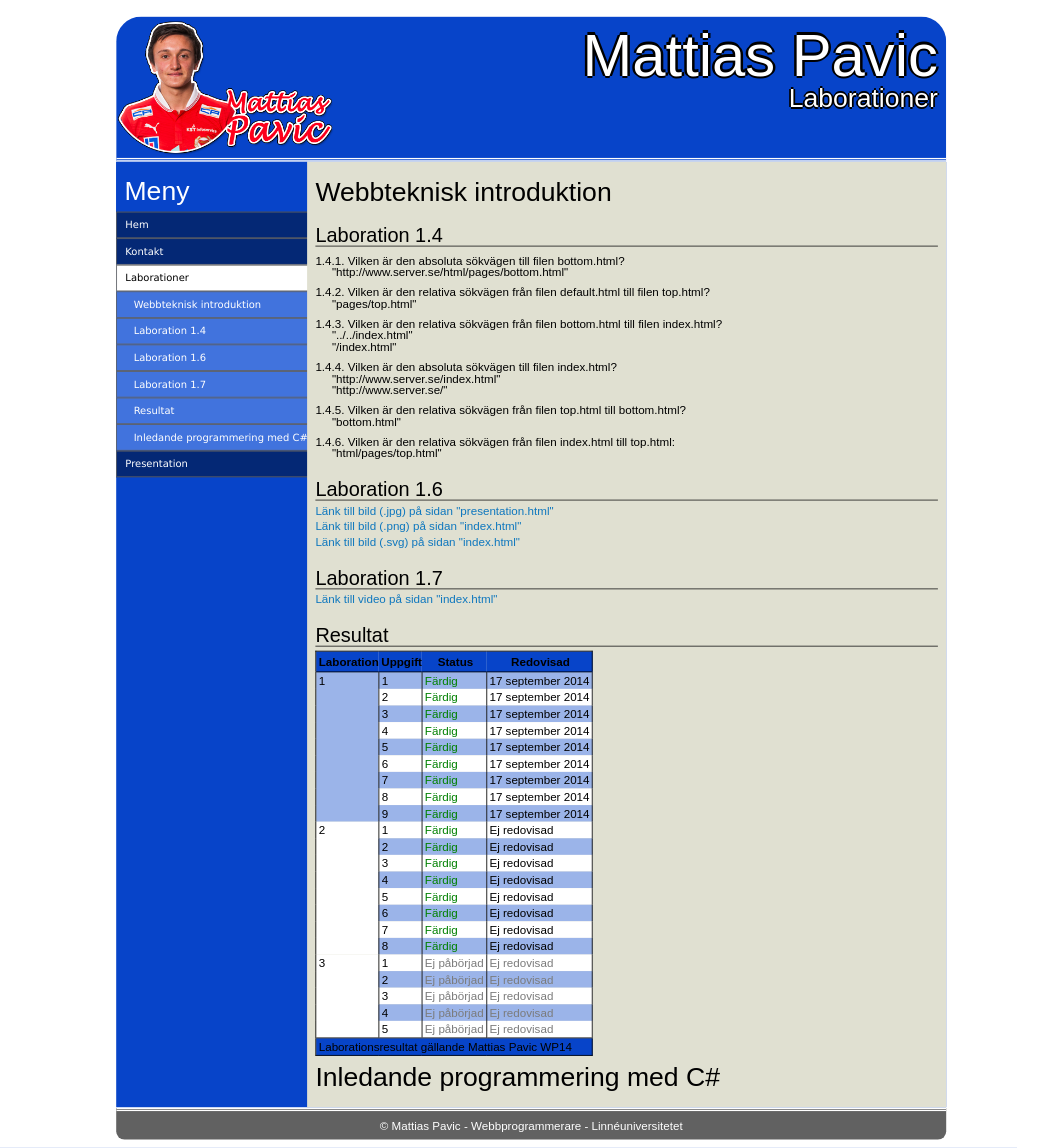
Repository: mp222sf/1ik415-laborationer
Page: pages/laborationer.html
The author's editor kept a record of every edit. The page is drawn from the files as they stood at one moment, then again after the next edit.
The browser window is 1280 px wide. The pictures show the whole page, at 83% of full size.

Above is the page before.

### pages/laborationer.html
<!doctype html>
<html lang="sv">
    <head>
        <meta charset="utf-8" />
        <title>Mattias Pavic</title>
        <link rel="stylesheet" href="../css/style.css" />
    </head>
    <body>
        <div id="cointainer">
            <div id="header">
                <h1>Mattias Pavic</h1>
                <h3>Laborationer</h3>
            </div>
            <div id="navigation_content">
            <div id="navigation">
                <h3>Meny</h3>
                <ul id="meny">
                <li><a href="../index.html">Hem</a></li>
                 <li><a href="kontakt.html">Kontakt</a></li>
                 <li><a id="current" href="laborationer.html">Laborationer</a></li>
                    <ul id="meny_lista">
                    <li><a href="#webbteknisk_introduktion">Webbteknisk introduktion</a></li>
                    <li><a href="#laboration_1.4">Laboration 1.4</a></li>
                    <li><a href="#laboration_1.6">Laboration 1.6</a></li>
                    <li><a href="#laboration_1.7">Laboration 1.7</a></li>
                    <li><a href="#resultat">Resultat</a></li>
                    <li><a href="#inledande_programmering_med_csharp">Inledande programmering med C#</a></li>
                    </ul>
                 <li><a href="presentation.html">Presentation</a></li>
                </ul>

            </div>
            <div id="content">

                <!--Här skriver vi infomationen om mina intressen.-->
                <h3 id="webbteknisk_introduktion">Webbteknisk introduktion</h3>

                <h4 id="laboration_1.4">Laboration 1.4</h4>

                <dl>
                    <dt>1.4.1. Vilken är den absoluta sökvägen till filen bottom.html? </dt>
                        <dd>"http://www.server.se/html/pages/bottom.html"</dd>
                    <dt>1.4.2. Vilken är den relativa sökvägen från filen default.html till filen top.html? </dt>
                        <dd>"pages/top.html" </dd>
                    <dt>1.4.3. Vilken är den relativa sökvägen från filen bottom.html till filen index.html? </dt>
                        <dd>"../../index.html"</dd>
                        <dd>"/index.html"</dd>
                    <dt>1.4.4. Vilken är den absoluta sökvägen till filen index.html? </dt>
                        <dd>"http://www.server.se/index.html"</dd>
                        <dd>"http://www.server.se/"</dd>
                    <dt>1.4.5. Vilken är den relativa sökvägen från filen top.html till bottom.html?</dt>
                        <dd>"bottom.html"</dd>
                    <dt>1.4.6. Vilken är den relativa sökvägen från filen index.html till top.html:</dt>
                        <dd>"html/pages/top.html"</dd>
                </dl>

                <h4 id="laboration_1.6">Laboration 1.6</h4>

                <p><a href="presentation.html#jag_presentation">Länk till bild (.jpg) på sidan "presentation.html"</a></p>
                <p><a href="../index.html#jag_logotype">Länk till bild (.png) på sidan "index.html"</a></p>
                <p><a href="../index.html#jag_svg">Länk till bild (.svg) på sidan "index.html"</a></p>


                <h4 id="laboration_1.7">Laboration 1.7</h4>

                <p><a href="../index.html#big_buck_bunny">Länk till video på sidan "index.html"</a></p>

                <h4 id="resultat">Resultat</h4>

                <table id="resultat_tabell">
                <thead>
                    <tr>
                        <th>Laboration</th>
                        <th>Uppgift</th>
                        <th>Status</th>
                        <th>Redovisad</th>
                    </tr>
                </thead>
                <tfoot>
                    <tr>
                        <td colspan="4">Laborationsresultat gällande Mattias Pavic WP14</td>
                    </tr>
                </tfoot>
                <tbody>
                    <tr>
                        <td rowspan="9">1</td>
                        <td>1</td>
                        <td><klar>Färdig</klar></td>
                        <td>17 september 2014</td>
                    </tr>
                    <tr>
                        <td>2</td>
                        <td><klar>Färdig</klar></td>
                        <td>17 september 2014</td>
                    </tr>
                    <tr>
                        <td>3</td>
                        <td><klar>Färdig</klar></td>
                        <td>17 september 2014</td>
                    </tr>
                    <tr>
                        <td>4</td>
                        <td><klar>Färdig</klar></td>
                        <td>17 september 2014</td>
                    </tr>
                    <tr>
                        <td>5</td>
                        <td><klar>Färdig</klar></td>
                        <td>17 september 2014</td>
                    </tr>
                    <tr>
                        <td>6</td>
                        <td><klar>Färdig</klar></td>
                        <td>17 september 2014</td>
                    </tr>
                    <tr>
                        <td>7</td>
                        <td><klar>Färdig</klar></td>
                        <td>17 september 2014</td>
                    </tr>
                    <tr>
                        <td>8</td>
                        <td><klar>Färdig</klar></td>
                        <td>17 september 2014</td>
                    </tr>
                    <tr>
                        <td>9</td>
                        <td><klar>Färdig</klar></td>
                        <td>17 september 2014</td>
                    </tr>

                    <tr>
                        <td rowspan="8">2</td>
                        <td>1</td>
                        <td><klar>Färdig</klar></td>
                        <td>Ej redovisad</td>
                    </tr>
                    <tr>
                        <td>2</td>
                        <td><klar>Färdig</klar></td>
                        <td>Ej redovisad</td>
                    </tr>
                    <tr>
                        <td>3</td>
                        <td><klar>Färdig</klar></td>
                        <td>Ej redovisad</td>
                    </tr>
                    <tr>
                        <td>4</td>
                        <td><klar>Färdig</klar></td>
                        <td>Ej redovisad</td>
                    </tr>
                    <tr>
                        <td>5</td>
                        <td><klar>Färdig</klar></td>
                        <td>Ej redovisad</td>
                    </tr>
                    <tr>
                        <td>6</td>
                        <td><klar>Färdig</klar></td>
                        <td>Ej redovisad</td>
                    </tr>
                    <tr>
                        <td>7</td>
                        <td><klar>Färdig</klar></td>
                        <td>Ej redovisad</td>
                    </tr>
                    <tr>
                        <td>8</td>
                        <td><klar>Färdig</klar></td>
                        <td>Ej redovisad</td>
                    </tr>


                    <tr>
                        <td rowspan="5">3</td>
                        <td>1</td>
                        <td><ejklar>Ej påbörjad</ejklar></td>
                        <td><ejklar>Ej redovisad</ejklar></td>
                    </tr>
                    <tr>
                        <td>2</td>
                        <td><ejklar>Ej påbörjad</ejklar></td>
                        <td><ejklar>Ej redovisad</ejklar></td>
                    </tr>
                    <tr>
                        <td>3</td>
                        <td><ejklar>Ej påbörjad</ejklar></td>
                        <td><ejklar>Ej redovisad</ejklar></td>
                    </tr>
                    <tr>
                        <td>4</td>
                        <td><ejklar>Ej påbörjad</ejklar></td>
                        <td><ejklar>Ej redovisad</ejklar></td>
                    </tr>
                    <tr>
                        <td>5</td>
                        <td><ejklar>Ej påbörjad</ejklar></td>
                        <td><ejklar>Ej redovisad</ejklar></td>
                    </tr>


                </tbody>
                </table>

                <h3 id="inledande_programmering_med_csharp">Inledande programmering med C#</h3>
                </div>
                </div>
            <div id="footer">
            © Mattias Pavic - Webbprogrammerare - Linnéuniversitetet
            </div>

        </div>

    </body>
</html>

### css/style.css
/* http://meyerweb.com/eric/tools/css/reset/
   v2.0 | 20110126
   License: none (public domain)
*/

html, body, div, span, applet, object, iframe,
h1, h2, h3, h4, h5, h6, p, blockquote, pre,
a, abbr, acronym, address, big, cite, code,
del, dfn, em, img, ins, kbd, q, s, samp,
small, strike, strong, sub, sup, tt, var,
b, u, i, center,
dl, dt, dd, ol, ul, li,
fieldset, form, label, legend,
table, caption, tbody, tfoot, thead, tr, th, td,
article, aside, canvas, details, embed,
figure, figcaption, footer, header, hgroup,
menu, nav, output, ruby, section, summary,
time, mark, audio, video {
	margin: 0;
	padding: 0;
	border: 0;
	font-size: 100%;
	font: inherit;
	vertical-align: baseline;
}
/* HTML5 display-role reset for older browsers */
article, aside, details, figcaption, figure,
footer, header, hgroup, menu, nav, section {
	display: block;
}
body {
	line-height: 1;
}
ol, ul {
	list-style: none;
}
blockquote, q {
	quotes: none;
}
blockquote:before, blockquote:after,
q:before, q:after {
	content: '';
	content: none;
}
table {
	border-collapse: collapse;
	border-spacing: 0;
}


a:link {
    color:#0E77BE;
    text-decoration: none;
}
a:visited {
    color:#0E77BE;
    text-decoration: none;

}

a:hover {
    color:#0744C9;
    text-decoration: underline;
}
a:focus {
    color:#0744C9;
    text-decoration: underline;
}
a:active {
    color:#0744C9;
    text-decoration: underline;
}



/*
        COINTAINER
                        */
#cointainer {
    background-color:white;
    color:black;
    width:1000px;
    margin: 0 auto;
    text-align:left;
    font-size: 14px;
    font-family: "Arial", "Lucida Grande", "Lucida Sans Unicode", Helvetica, sans-serif;

}





/*
        HEADER
                        */
#header {
    background-color:#0744C9;
    background-image: url('../pics/jag_logotype.png');
    background-size: contain;
    background-repeat: no-repeat;
    color:white;
    text-align:left;
    height:150px;
    padding:10px;
    margin: 20px 0px 0px 0px;
    border-radius: 30px 30px 0px 0px;

    border-bottom: 5px double white;

}
#header h1 {
   font-size:72px;
   text-align: right;
   text-shadow: -3px 0 black, 0 3px black, 3px 0 black, 0 -3px black;
}
#header h3 {
   font-size:32px;
   text-align: right;
   text-shadow: -2px 0 black, 0 2px black, 2px 0 black, 0 -2px black;
}

#navigation_content {

    background-color:#0744C9;
    width:1000px;
    height:100%;
    float:left;



}
/*
        NAVIGATION
                        */
#navigation           {
    line-height:30px;
    background-color:#0744C9;
    width:230px;
    height:100%;
    float:left;
    padding:0px;
    color:white;
}
#navigation h3 {
   font-size:32px;
   margin-bottom:10px;
   margin-top:20px;
   margin-left:10px;

}
#navigation ul {
    list-style-type: square;
    margin-left:0px;
    font-size:12px;
}


#navigation li {
list-style: none;
margin: 0px 0 0px 0;
}
#navigation li a {
display: block;
width: 230px;
margin: 0;
padding: 0px 0px 0px 10px;
text-align: left;
font-family: "Lucida Grande", "Lucida Sans Unicode", Helvetica, Arial, sans-serif;
font-size: 12px;
color:#042875;
border-radius: 0px;
border: 1px solid #616161;
background: #042875;

}
#meny_lista li a {
display: block;
width: 230px;
margin: 0;
padding: 0px 0px 0px 20px;
text-align: left;
font-family: "Lucida Grande", "Lucida Sans Unicode", Helvetica, Arial, sans-serif;
font-size: 12px;
color:#4173DD;
border-radius: 0px;
border: 1px solid #616161;
background: #4173DD;

}

#navigation a:active {
background: white;
color:black;
}
#navigation a:focus {
background:#0744C9;
color: white;
}
#navigation li a:hover {
cursor: pointer;
background:#0744C9;
color: white;
}
#navigation a:link, #navigation a:visited {
color: white;
text-decoration: none;
}


#navigation a#current {
background: white;
color:black;
}





/*
        CONTENT
                        */
#content {
    width:750px;
    height:100%;
    background-color:#E0E0D1;
    float:left;
    padding:10px;

}
#content p {

   margin-bottom:5px;
   margin-top:0px;
}
#content strong {
   margin-top: 20px;
   font-size:18px;



}
#content dt {
   margin-top: 10px;




}
#content dd {
    margin-left: 20px;
}
#content ul.little_list {
    list-style-type: square;
    margin-left: 30px;
}
#content li {
   margin-top: 10px;
}
#content li li {
   margin-top: 0px;



}
#content h3 {
   font-size:32px;
   margin-bottom:10px;
   margin-top:10px;
}
#content h4 {
   font-size:24px;
   margin-bottom:5px;
   margin-top:25px;
   border-bottom: 1px solid #1E1E1E;
}
#content h4.blogg {
   background-image: url('https://1ik415-laborationer-c9-mp222sf.c9.io/pics/jag_logotype.png');
   background-size: contain;
   background-repeat: no-repeat;
   font-size:24px;
   margin-bottom:5px;
   margin-top:25px;
   padding-left:45px;
}
#content p.bloggnamn {
font-style: italic;
text-align: right;
}

#content fieldset {
    border:1px solid #616161;
    padding: 5px;
    background-color: #B9CBF0;
    margin-bottom: 10px;
    color: white;
    font-family: "Arial";


}

#content legend {
    padding: 3px;
    margin-left: 5px;
    margin-right: 5px;
  color:white;
  font-size:90%;
  text-align:left;
  background-color: #042875;
}
#content textarea {
    font-family: "Arial";
}


#resultat_tabell thead {
   font-weight:bold;
   padding: 3px;
   margin-top: 20px
   margin-bottom: 20px;
   border: 1px solid black;
}
#resultat_tabell th {
    padding-top: 5px;
    padding-left: 3px;
   padding-bottom: 5px;
   background: #0744C9;
   text-align: center;

}
#resultat_tabell tbody td {
   padding: 3px;
   border-left: 1px solid black;
   border-right: 1px solid black;
}
#resultat_tabell tfoot td {
   padding: 3px;
   border: 1px solid black;
   background: #0744C9;
}
#resultat_tabell tr:nth-child(even) {background: #fff}
#resultat_tabell tr:nth-child(odd) {background: #9bb4e9}
#resultat_tabell klar {
    color: green;
}
#resultat_tabell ejklar {
    color: #7B7B7B;
}


/*
        MEDIA
                        */

#big_buck_bunny {
    margin-bottom:10px;
    margin-top:10px;
}


#jag_presentation {
    width: 150px;
    border-radius: 30px 30px 30px 30px;

}
#london2013 {
    width: 200px;
    padding: 10px;
}

.right {
    float: right;
}

.left {
    float: left;
}

#content p.form {

}




/*
        FOOTER
                        */
#footer {
    background-color:#616161;
    color:white;
    clear:both;
    text-align:center;
    padding:10px;
    margin: 0px 0px 10px 0px;
    border-radius: 0px 0px 10px 10px;
    border-top: 5px double white;
}

.clear{
    clear:both;
}

After the next edit:
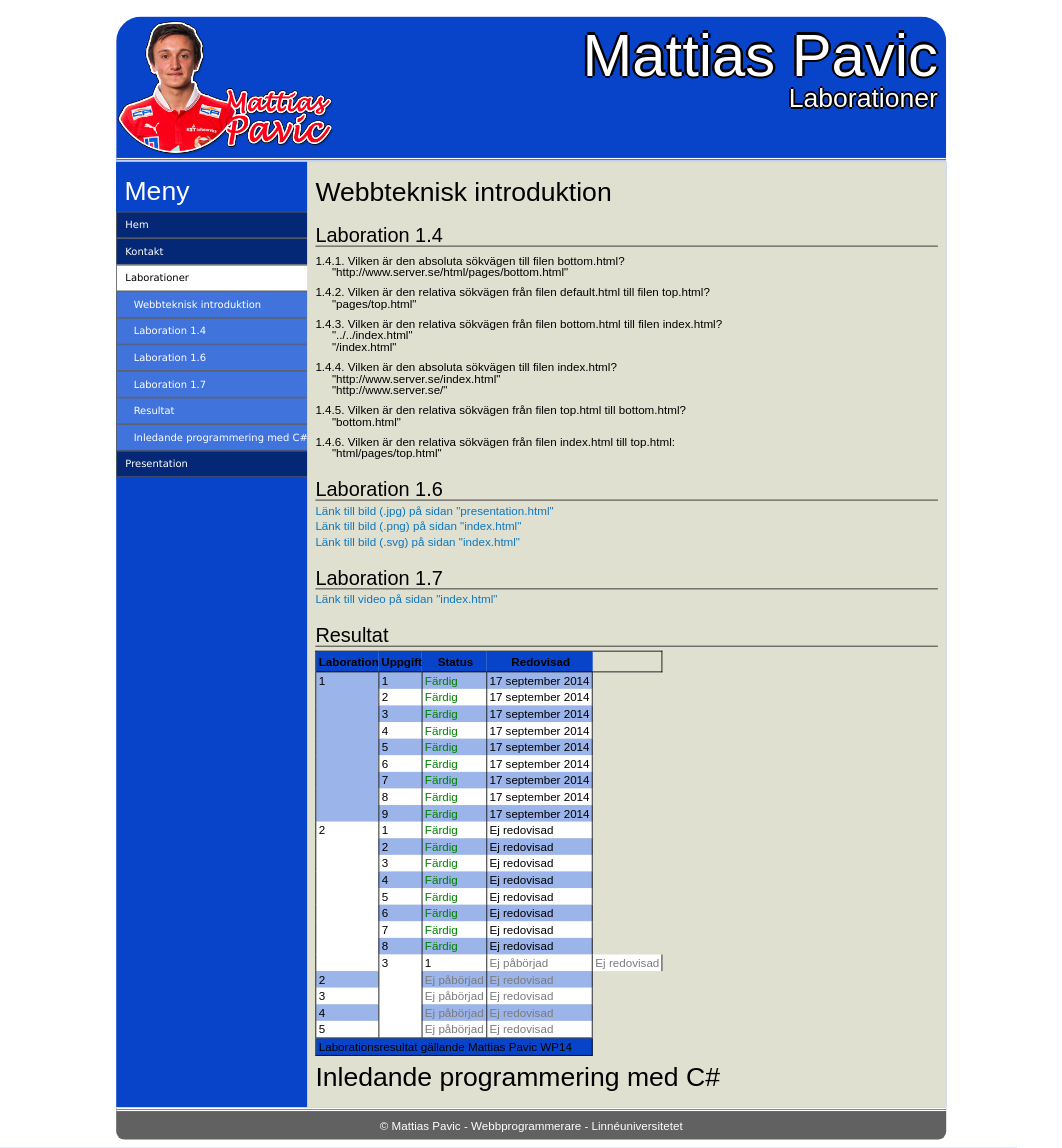
The edit:
--- a/pages/laborationer.html
+++ b/pages/laborationer.html
@@ -130,7 +130,7 @@
                     </tr>
 
                     <tr>
-                        <td rowspan="8">2</td>
+                        <td rowspan="9">2</td>
                         <td>1</td>
                         <td><klar>Färdig</klar></td>
                         <td>Ej redovisad</td>
